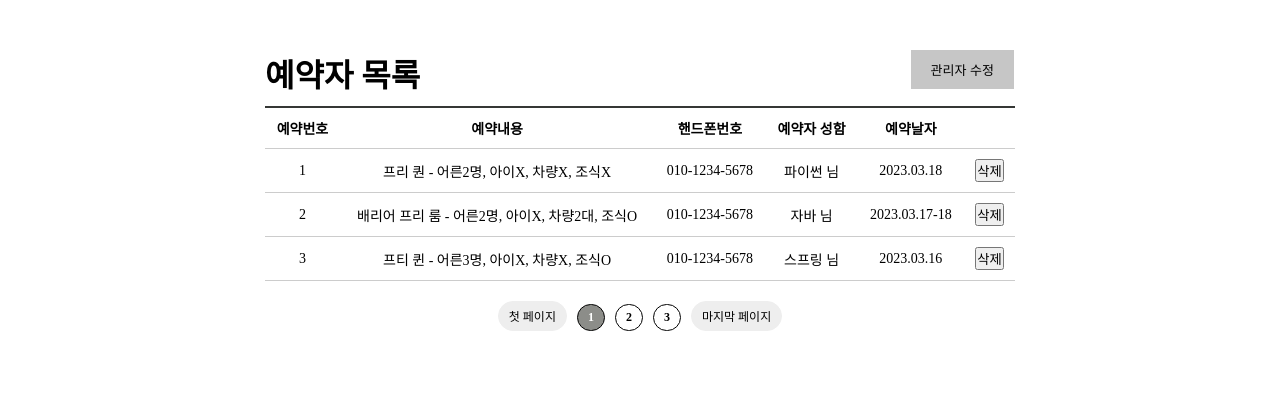
Repository: junghyunmyung/project01
Page: http://localhost/subProject/WEB-INF/views/jsp/testMainPage/reservation.jsp
An editor plug-in stored every save of this project. The page is shown before and after the next save, followed by the edit.
The browser window is 1280 px wide. The pictures show the whole page.
The page is served by Tomcat 9. Nobody is signed in. Other server files are loaded and not shown. The template is opened directly, without the code that normally fills it, so the values that code supplies are empty.

Above is the page before, as saved 2023-03-21 05:03:44.

### subProject/src/main/webapp/WEB-INF/views/jsp/testMainPage/reservation.jsp
<%@ page language="java" contentType="text/html; charset=UTF-8"
    pageEncoding="UTF-8"%>
<!DOCTYPE html>
<html>
    <head>
        <title>예약자 목록</title>
        <link rel="stylesheet" href="/resources/testMainPage/admin/css/reservation.css">
    </head>
    <body>
        <div class="board_list_wrap">
            <table class="board_list">
                <h1>예약자 목록</h1>
                <!-- <a href="../게시판/notice_board.html"> -->

                <button class="write-btn">관리자 수정</button>
                </a>
                <thead>
                    <tr>
                        <th>예약번호</th>
                        <th>예약내용</th>
                        <th>핸드폰번호</th>
                        <th>예약자 성함</th>
                        <th>예약날자</th>
                    </tr>
                </thead>
                <tbody>
                    <tr>
                        <td>1</td>

                        <td class="tit">
                            <a href="#">프리 퀀 - 어른2명, 아이X, 차량X, 조식X</a>
                        </td>
                        <td>010-1234-5678</td>
                        <td>파이썬 님</td>
                        <td>2023.03.18</td>
                        <td><button>삭제</button></td>
                    </tr>
                    <tr>
                        <td>2</td>
                        <td class="tit">
                            <a href="#">배리어 프리 룸 - 어른2명, 아이X, 차량2대, 조식O</a>
                        </td>
                        <td>010-1234-5678</td>
                        <td>자바 님</td>
                        <td>2023.03.17-18</td>
                        <td><button>삭제</button></td>
                    </tr>
                    <tr>
                        <td>3</td>
                        <td class="tit">
                            <a href="#">프티 퀸 - 어른3명, 아이X, 차량X, 조식O</a>
                        </td>
                        <td>010-1234-5678</td>
                        <td>스프링 님</td>
                        <td>2023.03.16</td>
                        <td><button>삭제</button></td>
                    </tr>

                </tbody>
            </table>
            <div class="paging">
                <a href="#" class="bt">첫 페이지</a>
                <a href="#" class="num on">1</a>
                <a href="#" class="num">2</a>
                <a href="#" class="num">3</a>
                <a href="#" class="bt">마지막 페이지</a>
            </div>
        </div>
    </body>
</html>

### subProject/src/main/webapp/resources/testMainPage/admin/css/reservation.css
* {
  margin: 0;
  padding: 0;
}

table {
  border-collapse: collapse;
}

caption {
  display: none;
}

a {
  text-decoration: none;
  color: inherit;
}

.board_list_wrap {
  margin: 265px;
  margin-top: 50px;
}

.board_list {
  width: 100%;
  border-top: 2px solid rgb(53, 55, 53);
}

.board_list tr {
  border-bottom: 1px solid #ccc;
}

.board_list th,
.board_list td {
  padding: 10px;
  font-size: 14px;
}

.board_list td {
  text-align: center;
}
/*
.board_list .tit {
  text-align: left;
} */

.board_list .tit:hover {
  text-decoration: underline;
}

.board_list_wrap h1 {
  margin-bottom: 10px;
}
.board_list_wrap .paging {
  margin-top: 20px;
  text-align: center;
  font-size: 0;
}
.board_list_wrap .paging a {
  display: inline-block;
  margin-left: 10px;
  padding: 5px 10px;
  border-radius: 100px;
  font-size: 12px;
}
.board_list_wrap .paging a:first-child {
  margin-left: 0;
}

.board_list_wrap .paging a.bt {
  border: 1px solid #eee;
  background: #eee;
}

.board_list_wrap .paging a.num {
  border: 1px solid rgb(0, 0, 0);
  font-weight: 600;
  color: rgb(0, 0, 0);
}

.board_list_wrap .paging a.num.on {
  background: rgb(140, 141, 137);
  color: #fff;
}

.write-btn {
  background-color: #c6c6c6; /* 버튼 배경색 */
  border: none; /* 버튼 테두리 없음 */
  color: rgb(0, 0, 0); /* 버튼 글씨색 */
  padding: 10px 20px; /* 버튼 안쪽 여백 */
  text-align: center; /* 버튼 가운데 정렬 */
  text-decoration: none; /* 버튼 밑줄 없음 */
  display: inline-block; /* 버튼을 인라인 블록 요소로 설정 */
  font-size: 13px; /* 버튼 글씨 크기 */
  cursor: pointer; /* 버튼 커서 모양 */
  position: absolute;
  right: 266px;
  top: 50px;
}

After the next save:
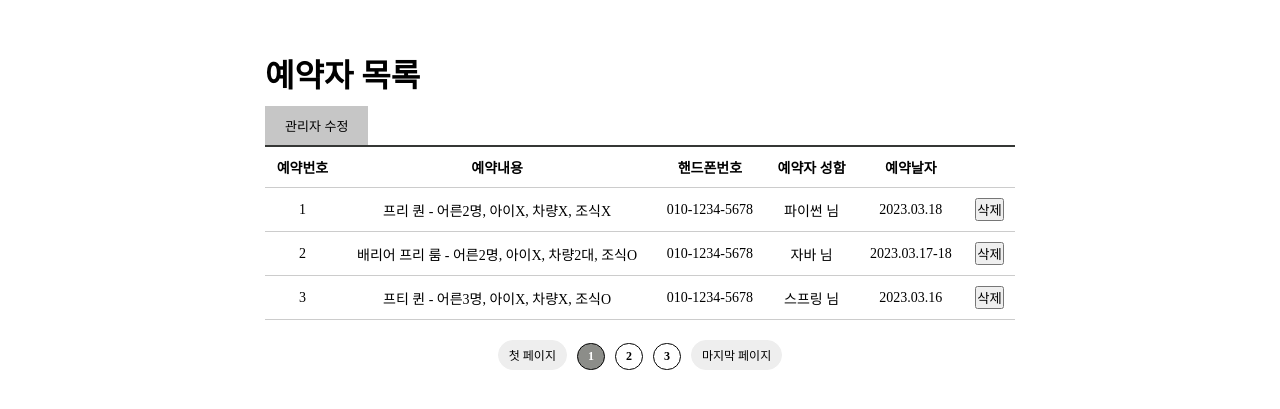
Saved 12 min 27 s later.
--- a/subProject/src/main/webapp/resources/testMainPage/admin/css/reservation.css
+++ b/subProject/src/main/webapp/resources/testMainPage/admin/css/reservation.css
@@ -93,7 +93,7 @@ a {
   display: inline-block; /* 버튼을 인라인 블록 요소로 설정 */
   font-size: 13px; /* 버튼 글씨 크기 */
   cursor: pointer; /* 버튼 커서 모양 */
-  position: absolute;
+  /* position: absolute; */
   right: 266px;
   top: 50px;
 }
